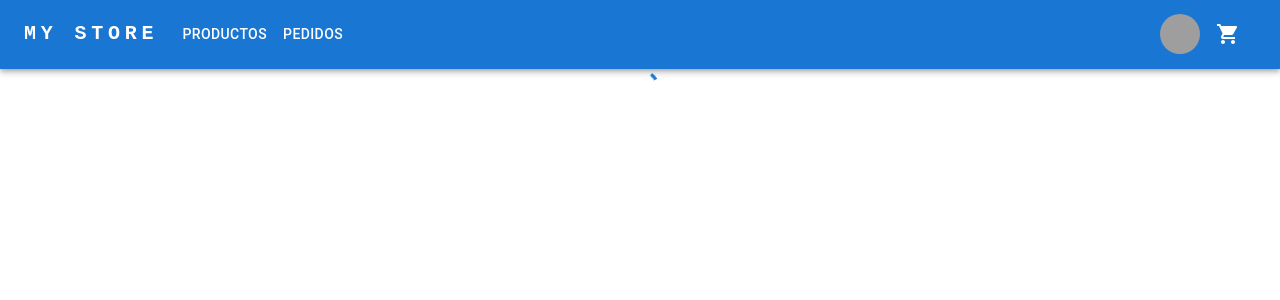
Repository: DanielBorussia/front-my-store
Page: /
These files come from the project's save history. The page is drawn as it stood at one moment and after the next save; the edit follows.
The browser window is 1280 px wide. The pictures show the whole page.
Pictures or frames that could not be fetched are drawn as grey boxes. The page's requests for data from a server got no answer. The project was rebuilt for these pictures with package versions that can differ from the ones it lists, and the page was loaded fresh each time. No one was signed in, and anything a server would have sent is missing. Also part of the build but not shown: src/components/OrderItem.js, src/containers/MyOrderPreview.js, src/components/ProductItem.js, src/styles/ShoppingItem.scss, src/components/ShoppingItem.js, src/containers/ShoppingList.js.

Above is the page before, as saved 2023-07-01 16:51:22.

### src/index.js
import React from 'react';
import ReactDOM from 'react-dom/client';
import './index.css';
import App from './routes/App';
import reportWebVitals from './reportWebVitals';

const root = ReactDOM.createRoot(document.getElementById('root'));
root.render(
  <React.StrictMode>
    <App />
  </React.StrictMode>
);

// If you want to start measuring performance in your app, pass a function
// to log results (for example: reportWebVitals(console.log))
// or send to an analytics endpoint. Learn more: https://bit.ly/CRA-vitals
reportWebVitals();

### src/index.css
body {
  margin: 0;
  -webkit-font-smoothing: antialiased;
  -moz-osx-font-smoothing: grayscale;
  font-family: source-code-pro, Menlo, Monaco, Consolas, "Courier New",
  monospace;
}

### src/routes/App.js
import React from 'react';
import { BrowserRouter, Routes, Route } from 'react-router-dom';
import useInitialState from '../hooks/useInitialState';
import AppContext from '../context/AppContext';
import Layout from '../containers/Layout';
import Home from '../pages/Home';
import ShoppingList from '../containers/ShoppingList';

const App = () => {
    const initialState = useInitialState();
    return (
        //encapsular la aplicacion para compartir la informacion
        <AppContext.Provider value={initialState}>
        <BrowserRouter>
            <Layout>
            <Routes>
                <Route exact path="/" element={<Home/>} />
                <Route exact path="/OrderList" element={<ShoppingList/>} />
            </Routes>
            </Layout>
        </BrowserRouter>
        </AppContext.Provider>

    );
}

export default App;

### src/hooks/useInitialState.js
import { useState } from 'react';

const initialState = {
    cart: [],
}

const useInitialState = () => {
    const [state, setState] = useState(initialState);

    const addToCart = (payload) => {
        setState({
            ...state,
            cart: [...state.cart, payload]
        });
    };

    const removeFromCart = (payload) => {
        setState({
            ...state,
            cart: state.cart.filter(item => item.id != payload.id),
        })
    }

    return {
        state,
        addToCart,
        removeFromCart
    }
}

export default useInitialState;

### src/containers/Layout.js
import React from 'react';
import Header from '../components/Header';

const Layout = ({ children }) => {
	return (
		<div className="Layout">
			<Header />
			<div className='Content'>
				{children}
			</div>
		</div>
	);
}

export default Layout;

### src/pages/Home.js
import React from 'react';
import ProductList from '../containers/ProductList';

const Home = () => {
	return (
		<>
			<ProductList/>
		</>
	);
}

export default Home;

### src/components/Header.js
import React, { useContext, useState } from 'react';
// UI
import AppBar from '@mui/material/AppBar';
import Box from '@mui/material/Box';
import Toolbar from '@mui/material/Toolbar';
import IconButton from '@mui/material/IconButton';
import Typography from '@mui/material/Typography';
import Menu from '@mui/material/Menu';
import MenuIcon from '@mui/icons-material/Menu';
import Container from '@mui/material/Container';
import Avatar from '@mui/material/Avatar';
import Button from '@mui/material/Button';
import Tooltip from '@mui/material/Tooltip';
import MenuItem from '@mui/material/MenuItem';
import AdbIcon from '@mui/icons-material/Adb';
import ShoppingCartIcon from '@mui/icons-material/ShoppingCart';
import AppContext from '../context/AppContext';
import MyOrderPreview from '../containers/MyOrderPreview';

const pages = ['Productos', 'Pedidos'];
const settings = ['Perfil', 'Mis Pedidos', 'Salir'];

const Header = () => {
    const { state } = useContext(AppContext);
    const [anchorElNav, setAnchorElNav] = useState(null);
    const [anchorElUser, setAnchorElUser] = useState(null);
    const [toggleOrderPreview, setToggleOrderPreview] = useState(false);

    const handleOpenNavMenu = (event) => {
        setAnchorElNav(event.currentTarget);
    };

    const handleOpenUserMenu = (event) => {
        setAnchorElUser(event.currentTarget);
    };

    const handleCloseNavMenu = () => {
        setAnchorElNav(null);
    };

    const handleCloseUserMenu = () => {
        setAnchorElUser(null);
    };

    return (
    <AppBar position="static">
      <Container maxWidth="xl">
        <Toolbar disableGutters>
          <Typography
            variant="h6"
            noWrap
            component="a"
            href="/"
            sx={{
              mr: 2,
              display: { xs: 'none', md: 'flex' },
              fontFamily: 'monospace',
              fontWeight: 700,
              letterSpacing: '.3rem',
              color: 'inherit',
              textDecoration: 'none',
            }}
          >
            MY STORE
          </Typography>

          <Box sx={{ flexGrow: 1, display: { xs: 'flex', md: 'none' } }}>
            <IconButton
              size="large"
              aria-label="account of current user"
              aria-controls="menu-appbar"
              aria-haspopup="true"
              onClick={handleOpenNavMenu}
              color="inherit"
            >
              <MenuIcon />
            </IconButton>
            <Menu
              id="menu-appbar"
              anchorEl={anchorElNav}
              anchorOrigin={{
                vertical: 'bottom',
                horizontal: 'left',
              }}
              keepMounted
              transformOrigin={{
                vertical: 'top',
                horizontal: 'left',
              }}
              open={Boolean(anchorElNav)}
              onClose={handleCloseNavMenu}
              sx={{
                display: { xs: 'block', md: 'none' },
              }}
            >
              {pages.map((page) => (
                <MenuItem key={page} onClick={handleCloseNavMenu}>
                  <Typography textAlign="center">{page}</Typography>
                </MenuItem>
              ))}
            </Menu>
          </Box>
          <AdbIcon sx={{ display: { xs: 'flex', md: 'none' }, mr: 1 }} />


          <Typography
            variant="h5"
            noWrap
            component="a"
            href=""
            sx={{
              mr: 2,
              display: { xs: 'flex', md: 'none' },
              flexGrow: 1,
              fontFamily: 'monospace',
              fontWeight: 700,
              letterSpacing: '.3rem',
              color: 'inherit',
              textDecoration: 'none',
            }}
          >
            MY STORE
          </Typography>
          <Box sx={{ flexGrow: 1, display: { xs: 'none', md: 'flex' } }}>
            {pages.map((page) => (
              <Button
                key={page}
                onClick={handleCloseNavMenu}
                sx={{ my: 2, color: 'white', display: 'block' }}
              >
                {page}
              </Button>
            ))}
          </Box>

          <Box sx={{ flexGrow: 0 }}>
            <Tooltip title="Open settings">
              <IconButton onClick={handleOpenUserMenu} sx={{ p: 0 }}>
                <Avatar alt="Remy Sharp" src="/static/images/avatar/2.jpg" />
              </IconButton>
            </Tooltip>
            <Menu
              sx={{ mt: '45px' }}
              id="menu-appbar"
              anchorEl={anchorElUser}
              anchorOrigin={{
                vertical: 'top',
                horizontal: 'right',
              }}
              keepMounted
              transformOrigin={{
                vertical: 'top',
                horizontal: 'right',
              }}
              open={Boolean(anchorElUser)}
              onClose={handleCloseUserMenu}
            >
              {settings.map((setting) => (
                <MenuItem key={setting} onClick={handleCloseUserMenu}>
                  <Typography textAlign="center">{setting}</Typography>
                </MenuItem>
              ))}
            </Menu>
          </Box>
          <Box sx={{ margin: 2 }}>
            <Tooltip title="Car">
              <IconButton  onClick={() => setToggleOrderPreview(!toggleOrderPreview)} color="inherit" sx={{ p: 0 }}>
               <ShoppingCartIcon />
               {state.cart.length > 0 ? <div>{state.cart.length}</div>  : null}
              </IconButton>
            </Tooltip>
          </Box>
        </Toolbar>
      </Container>
      {toggleOrderPreview && <MyOrderPreview />}
    </AppBar>
  );
}

export default Header;

### src/containers/ProductList.js
import React from 'react';
import ProductItem from '../components/ProductItem';
//use Hooks
import useGetProducts from '../hooks/useGetProducts';

// styles component
import './../styles/ProductList.scss';
import Loading from '../shared/Loading';

//UI
import Box from '@mui/material/Box';

const ProductList = () => {
    const { loading , products } = useGetProducts();
	return (
		<section className="main__container">
            {loading ? (
               <Loading />
              ) : (
                <Box className="productList">
                    {products.map(product => (
                        <ProductItem product={product} key={product.id} />
                    ))}
                </Box>
            )}
		</section>
	);
}

export default ProductList;

### src/hooks/useGetProducts.js
import { useEffect, useState } from 'react';
import axios from 'axios';
const API = 'https://api.escuelajs.co/api/v1/products';
const useGetProducts = () => {
    const [products, setProducts] = useState([]);
    const [loading, setLoading] = useState(false);

    const getData = async () => {
        setLoading(true);
        const response = await axios(API);
        setLoading(false);
		setProducts(response.data);
    }
	useEffect(() => {
		getData();
	}, []);

    return { loading, products };
};

export default useGetProducts;

### src/styles/ProductList.scss
@import 'vars';

.productList {
	display: grid;
	grid-template-columns: repeat(auto-fill, 240px);
	gap: 26px;
	place-content: center;
	margin: 3em 0 0 0;
}

@media (max-width: 640px) {
	.productList {
		grid-template-columns: repeat(auto-fill, 140px);
	}
}

### src/shared/Loading.js
import React from "react";

//UI
import Box from '@mui/material/Box';
import { CircularProgress } from '@mui/material';

const Loading = ({ size = 40, color = "primary" }) => {
  return (
    <Box display="flex" alignItems="center" justifyContent="center">
      <CircularProgress color={color} size={size} />
    </Box>
  );
};

export default Loading;

### src/styles/MyOrderPreview.scss
@import 'vars';

.myOrderPreview {
	transition: all 0.25s;
    -webkit-transition: all 0.25s;
	overflow:hidden;
    background: #fff;
	width: 360px;
	height: 100%;
	padding: 24px;
	box-sizing: border-box;
	position: absolute;
	right: 0;
	top: 69px;
	border-radius: 6px;
	bottom: 0;
	z-index: 1;
	border: 1px solid var(--very-light-pink);
    .myOrderPreview__title {
        display: flex;
        font-size: var(--lg);
	    font-weight: bold;
		color: var(--black);
        img {
            margin-right: 14px;
         }
    }
}



.myOrderPreview__resume {
	display: grid;
	grid-template-columns: auto 1fr;
	gap: 16px;
	align-items: center;
	background-color: var(--text-input-field);
	margin-bottom: 24px;
	border-radius: 8px;
	padding: 0 24px;
	color: var(--black);

	.myOrderPreview__resume--label {
		font-size: var(--md);
		font-weight: bold;
	}
	.myOrderPreview__resume--value {
		text-align: end;
		font-weight: bold;
	}
}

.primary-button {
	background-color: var(--hospital-green);
	border-radius: 8px;
	border: none;
	color: var(--white);
	width: 100%;
	cursor: pointer;
	font-size: var(--md);
	font-weight: bold;
	height: 50px;
}
@media (max-width: 640px) {
	.myOrderPreview {
		width: 100%;
	}
}

### src/styles/ProductItem.scss
@import 'vars';

.productItem {
	width: 240px;
}
.productItem img {
	width: 240px;
	height: 240px;
	border-radius: 20px;
	object-fit: cover;
	cursor: pointer;
}
.productItem__info {
	cursor: pointer;
	display: flex;
	justify-content: space-between;
	align-items: center;
	margin-top: 12px;
}
.productItem__info figure {
	margin: 0;
}
.productItem__info figure img {
	width: 35px;
	height: 35px;
}
.productItem__info div p:nth-child(1) {
	font-weight: bold;
	font-size: var(--md);
	margin-top: 0;
	margin-bottom: 4px;
}
.productItem__info div p:nth-child(2) {
	font-size: var(--sm);
	margin-top: 0;
	margin-bottom: 0;
	color: var(--very-light-pink);
}
@media (max-width: 640px) {
	.cards-container {
		grid-template-columns: repeat(auto-fill, 140px);
	}
	.ProductItem {
		width: 140px;
	}
	.ProductItem img {
		width: 140px;
		height: 140px;
	}
}

### src/styles/_vars.scss
:root {
	--white: #FFFFFF;
	--black: #000000;
	--very-light-pink: #C7C7C7;
	--text-input-field: #F7F7F7;
	--hospital-green: #ACD9B2;
	--sm: 14px;
	--md: 16px;
	--lg: 18px;
}

### src/styles/OrderItem.scss
@import 'vars';

.orderItem {
	display: grid;
	grid-template-columns: auto 1fr auto auto;
	gap: 16px;
	margin-bottom: 24px;
	align-items: center;
    .orderItem__image img{
        width: 70px;
        height: 70px;
        border-radius: 20px;
        object-fit: cover;
    }
    .orderItem__information--title{
        color: var(--very-light-pink);
    }
    .orderItem__information--price{
        font-size: var(--md);
        font-weight: bold;
        color: var(--black);
    }
}

### src/styles/Layout.scss
.Content{
    background-color: beige;
}

Loaded but not shown: public/index.html (common file); src/reportWebVitals.js (common file); src/context/AppContext.js (common file)

After the next save:
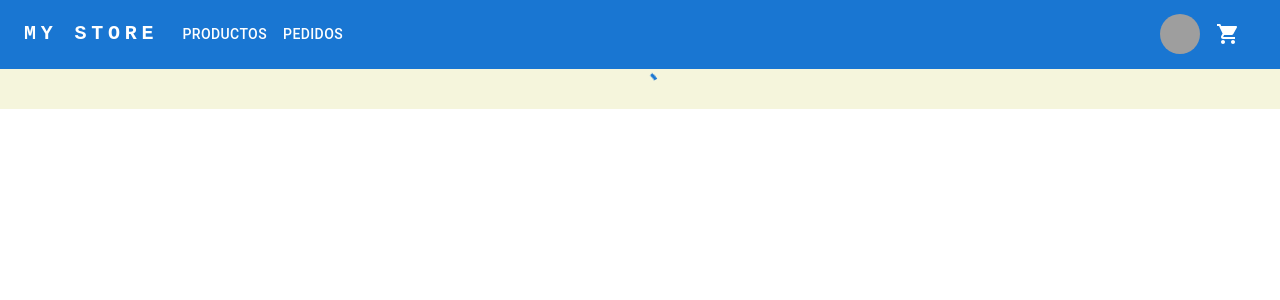
Saved 16 s later.
--- a/src/containers/Layout.js
+++ b/src/containers/Layout.js
@@ -1,5 +1,6 @@
 import React from 'react';
 import Header from '../components/Header';
+import './../styles/Layout.scss';
 
 const Layout = ({ children }) => {
 	return (
